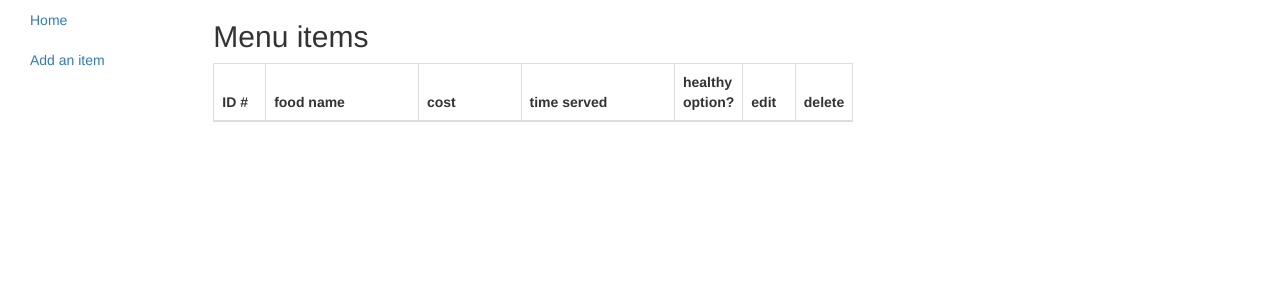
Repository: johnsuchocki/week5proj
Page: http://localhost/menuDB/
An editor plug-in stored every save of this project. The page is shown before and after the next save, followed by the edit.
The browser window is 1280 px wide. The pictures show the whole page.
The page is served by Tomcat 9. Other server files are loaded and not shown. Queries for data that is not in the repository find no rows.

Above is the page before, as saved 2016-09-01 19:17:47.

### menuDB/src/main/webapp/index.jsp
<%@ page language="java" contentType="text/html; charset=ISO-8859-1"
	pageEncoding="ISO-8859-1"%>
<!DOCTYPE html PUBLIC "-//W3C//DTD HTML 4.01 Transitional//EN" "http://www.w3.org/TR/html4/loose.dtd">
<html>
<head>
<!-- Imports -->
<link rel="stylesheet"
	href="http://maxcdn.bootstrapcdn.com/bootstrap/3.3.7/css/bootstrap.min.css">
<script
	src="https://ajax.googleapis.com/ajax/libs/jquery/1.12.4/jquery.min.js"></script>
<script
	src="http://maxcdn.bootstrapcdn.com/bootstrap/3.3.7/js/bootstrap.min.js"></script>

<meta http-equiv="Content-Type"
	content="text/html; charset=ISO-8859-1, width=device-width, initial-scale=1">
<title>Menu Database Home</title>
</head>
<body>
	<div class="container-fluid">
		<div class="row">

			<!-- side bar -->
			<div class="col-sm-3 col-md-2 sidebar">
				<ul class="nav nav-sidebar">
					<li class="active"><a href="index.jsp">Home</a></li>
					<li><a href="add.html">Add an item</a></li>
				</ul>
			</div>

			<!-- main content -->
			<div class="col-sm-6">
				<div class="row placeholders">

					<h2 class="Users">Menu items</h2>
					<div class="table-responsive">
						<table class="table table-striped table-bordered">
							<thead>
								<tr>
									<th class="col-sm-1">ID #</th>
									<th class="col-sm-3">food name</th>
									<th class="col-sm-2">cost</th>
									<th class="col-sm-3">time served</th>
									<th class="col-sm-1">healthy option?</th>
									<th class="col-sm-1">edit</th>
									<th class="col-sm-1">delete</th>
								</tr>
							</thead>
							<tbody>

								<%@ page
									import="java.util.ArrayList, com.menuDB.DAO, com.menuDB.MenuItem"%>
								<%!ArrayList<MenuItem> allItems = new ArrayList<>();%>
								<%!String menuID = null;%>
								<%
									allItems = DAO.readFromDB();
								%>
								<%
									for (int i = 0; i < allItems.size(); i++) {
								%>

								<%
									MenuItem currentItem = allItems.get(i);
								%>
								<%
									menuID = currentItem.getMenuID();
								%>
								<tr>
									<td id="id<%out.print(menuID);%>">
										<%
											out.print(menuID);
										%>
									</td>
									<td>
										<%
											out.print(currentItem.getFoodName());
										%>
									</td>
									<td>
										<%
											out.print(currentItem.getCost());
										%>
									</td>
									<td>
										<%
											out.print(currentItem.getTimeServed());
										%>
									</td>
									<td>
										<%
											out.print(currentItem.getHealthyMenu());
										%>
									</td>
									<td><form name="edit" action=""
											method="post">
											<button name="edit" type="submit" value="<%out.print(menuID);%>">
												<img src="file_edit.png" width="17" height="17"
													class="img-responsive">
											</button>
										</form></td>
									<td><form name="delete" action=""
											method="post">
											<button name="delete" type="submit"
												value="<%out.print(menuID);%>">
												<img src="file_delete.png" width="16" height="16"
													class="img-responsive">
											</button>
										</form></td>
								</tr>

								<%
									} // for loop
								%>

							</tbody>
						</table>
					</div>
				</div>
			</div>
		</div>
	</div>

</body>
</html>

### menuDB/src/main/java/com/menuDB/DAO.java
package com.menuDB;

import java.sql.Connection;
import java.sql.DriverManager;
import java.sql.PreparedStatement;
import java.sql.ResultSet;
import java.sql.SQLException;
import java.sql.Statement;
import java.util.ArrayList;

public class DAO {
	public static final String JBDC_DRIVER = "com.mysql.jdbc.Driver";
	static final String DB_URL = "jdbc:mysql://localhost:3306/?user=root&autoReconnect=true&useSSL=false";
	static final String USER = "root";
	static final String PASSWORD = "root";

	static Connection CONN = null;
	static Statement STMT = null;
	static PreparedStatement PREP_STMT = null;
	static ResultSet RES_SET = null;

	public static void connToDB() {
		try {
			Class.forName(JBDC_DRIVER);

			System.out.println("Connecting to the database");
			CONN = DriverManager.getConnection(DB_URL, USER, PASSWORD);
			System.out.println("Connected to the database");
			System.out.println("");
		} catch (SQLException | ClassNotFoundException e) {
			System.out.println("Database connection failed.");
			e.printStackTrace();
		}
	}// connect method

	public static ArrayList<MenuItem> readFromDB() {
		ArrayList<MenuItem> allItems = new ArrayList<>();

		connToDB();

		try {
			STMT = CONN.createStatement();
			RES_SET = STMT.executeQuery("SELECT * FROM menu.menu_options;");

			while (RES_SET.next()) {
				MenuItem items = new MenuItem();

				items.setMenuID(RES_SET.getString("menu_id"));
				items.setFoodName(RES_SET.getString("food_name"));
				items.setCost(RES_SET.getString("cost"));
				items.setTimeServed(RES_SET.getString("time_served"));
				items.setHealthyMenu(RES_SET.getString("healthy_menu"));

				allItems.add(items);
			}

		} catch (SQLException e) {
			e.printStackTrace();
		}

		return allItems;
	}// read method

	public static void addToDB(MenuItem item) {
		connToDB();

		try {

			PREP_STMT = CONN.prepareStatement(addToTable);
			PREP_STMT.setString(1, item.getFoodName());
			PREP_STMT.setString(2, item.getCost());
			PREP_STMT.setString(3, item.getTimeServed());
			PREP_STMT.setString(4, item.getHealthyMenu());

			PREP_STMT.executeUpdate();

		} catch (SQLException e) {
			e.printStackTrace();
		}
	}// add method

	private static String addToTable = "INSERT INTO menu.menu_options (food_name, cost, time_served, healthy_menu)"
			+ " VALUES " + "(?, ?, ?, ?);";
}

After the next save:
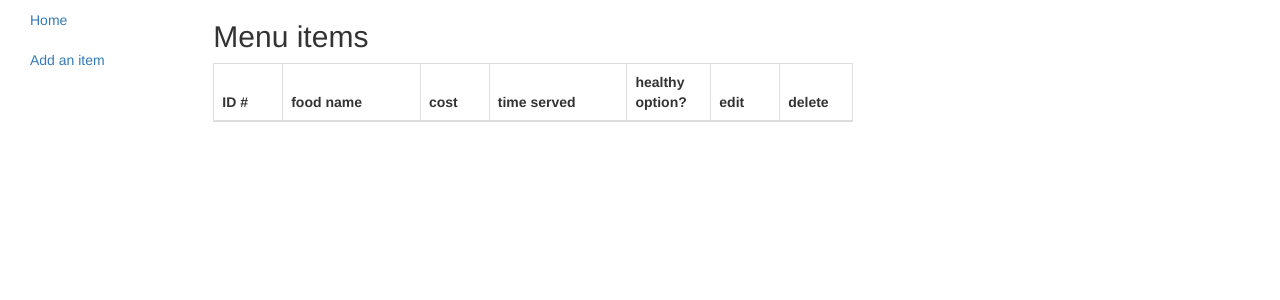
Saved 98 s later.
--- a/menuDB/src/main/webapp/index.jsp
+++ b/menuDB/src/main/webapp/index.jsp
@@ -37,9 +37,9 @@
 							<thead>
 								<tr>
 									<th class="col-sm-1">ID #</th>
-									<th class="col-sm-3">food name</th>
-									<th class="col-sm-2">cost</th>
-									<th class="col-sm-3">time served</th>
+									<th class="col-sm-2">food name</th>
+									<th class="col-sm-1">cost</th>
+									<th class="col-sm-2">time served</th>
 									<th class="col-sm-1">healthy option?</th>
 									<th class="col-sm-1">edit</th>
 									<th class="col-sm-1">delete</th>
